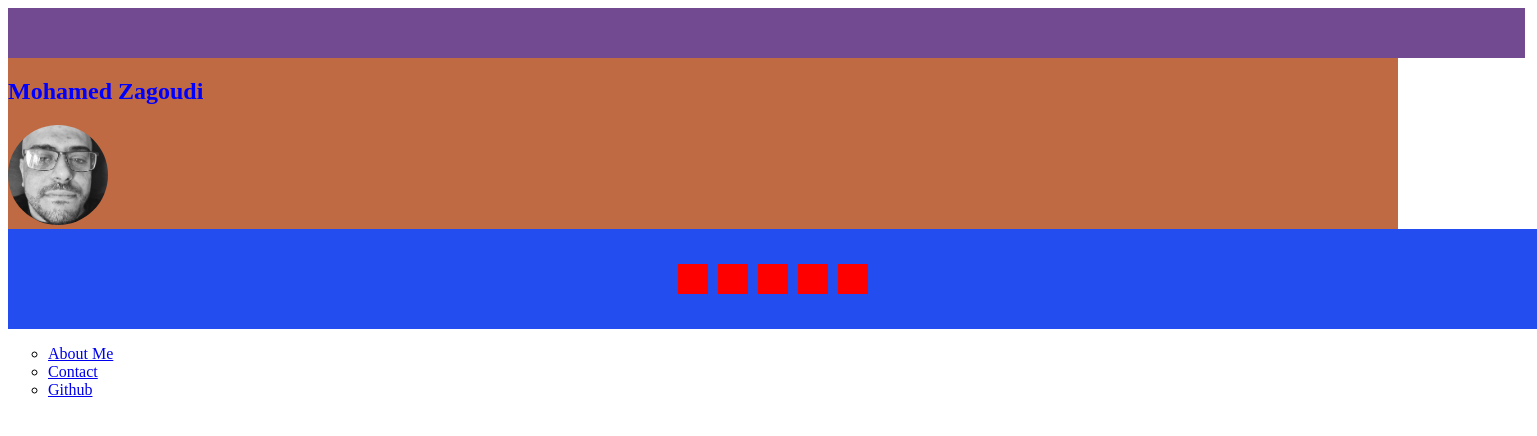
Repository: Mohzagou/Eersteportofolio
Page: index.html
An editor plug-in stored every save of this project. The page is shown before and after the next save, followed by the edit.
The browser window is 1280 px wide. The page is 1537 px wide, so the pictures cover 1537 px, including what lies to the right of the window. The pictures show the whole page.

Above is the page before, as saved 2022-06-07 22:39:39.

After the next save:
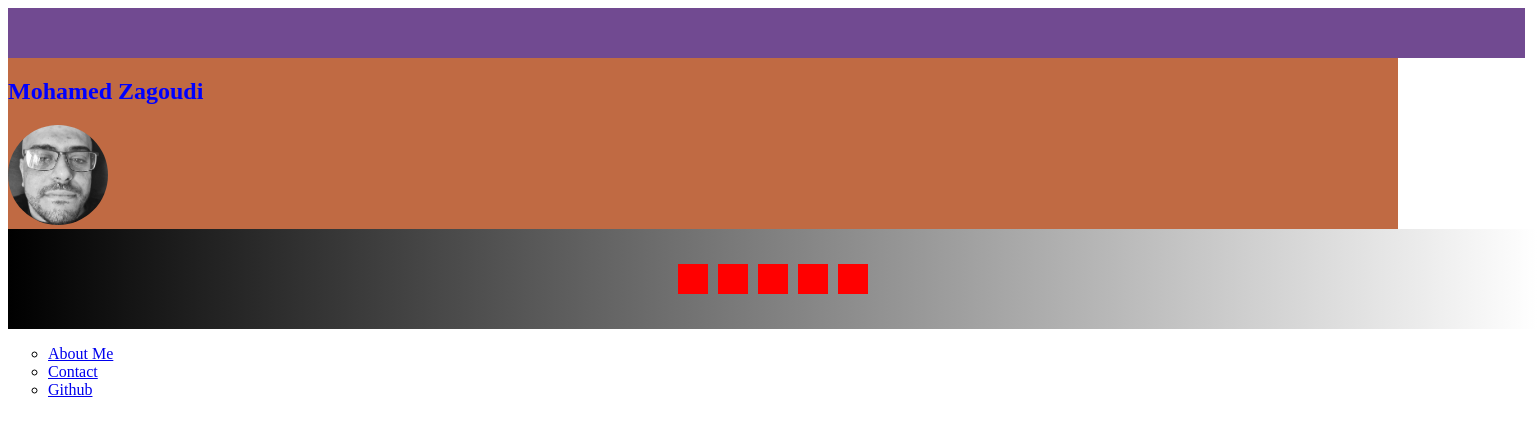
Saved 18 s later.
--- a/styles.css
+++ b/styles.css
@@ -12,7 +12,7 @@ header {
 section {
     width: 110%;
     height: 100px;
-    background-image: linear-gradient(to right, black, grey, whiteß);
+    background-image: linear-gradient(to right, black, grey, white);
     background-color: #234def;
     display: flex;
     align-items: center;
